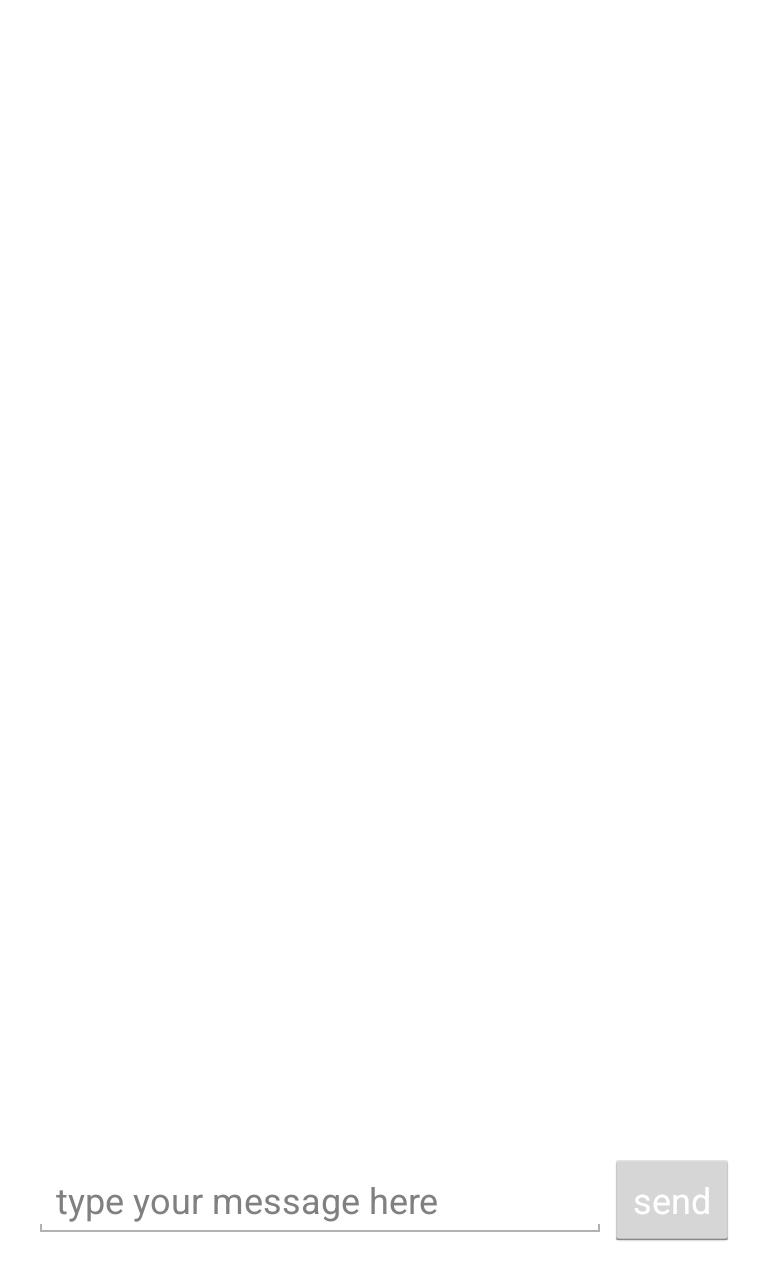
Repository: liujianpc/AndroidStudy
Layout: NinePatchTest/res/layout/activity_main.xml
These files come from the project's save history. The layout is drawn as it stood at one moment and after the next save; the edit follows.
It is drawn on a 768 x 1280 px phone screen (xhdpi) without system bars, with theme AppTheme; the app's code is not run. Lists and similar views that code fills are empty.

Above is the layout before, as saved 2016-07-25 08:24:58.

After the next save:
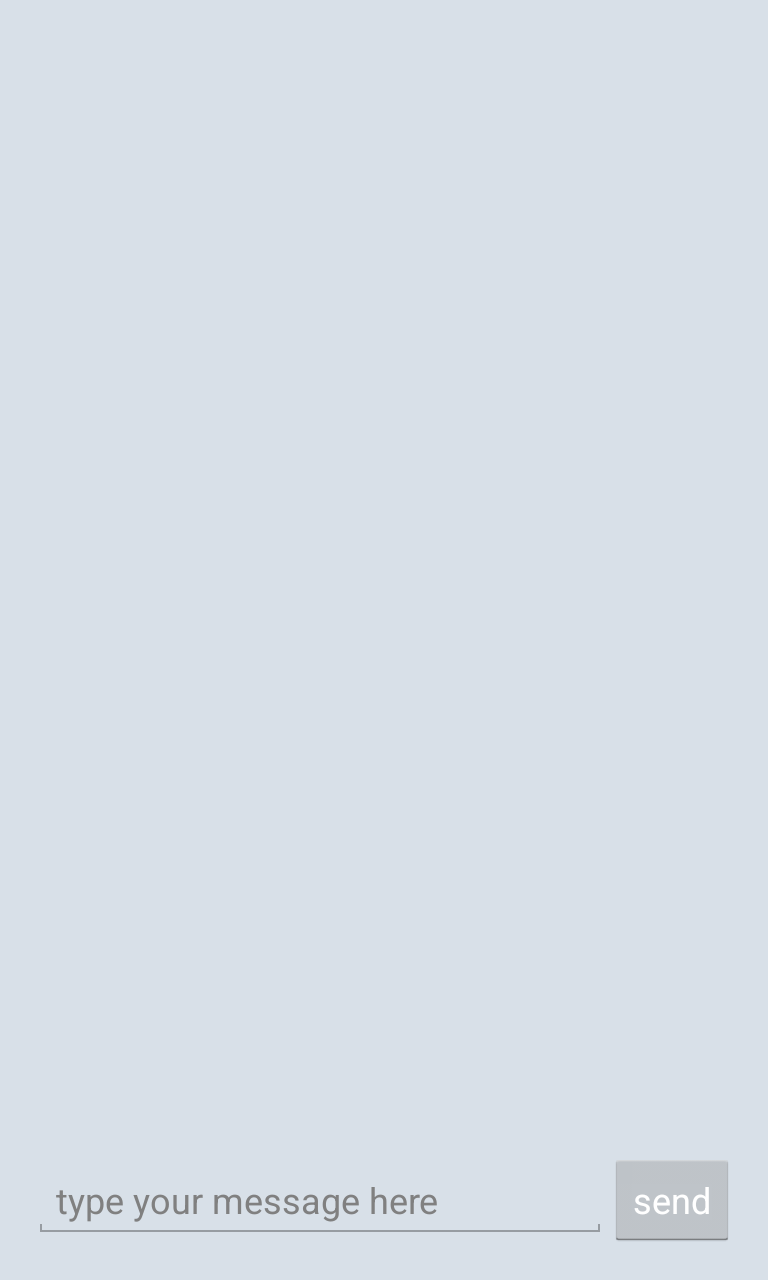
Saved 2 min 54 s later.
--- a/NinePatchTest/res/layout/activity_main.xml
+++ b/NinePatchTest/res/layout/activity_main.xml
@@ -2,11 +2,12 @@
     xmlns:tools="http://schemas.android.com/tools"
     android:layout_width="match_parent"
     android:layout_height="match_parent"
+    android:background="#d8e0e8"
+    android:orientation="vertical"
     android:paddingBottom="@dimen/activity_vertical_margin"
     android:paddingLeft="@dimen/activity_horizontal_margin"
     android:paddingRight="@dimen/activity_horizontal_margin"
     android:paddingTop="@dimen/activity_vertical_margin"
-    android:orientation="vertical"
     tools:context="com.example.ninepatchtest.MainActivity" >
 
     <ListView
